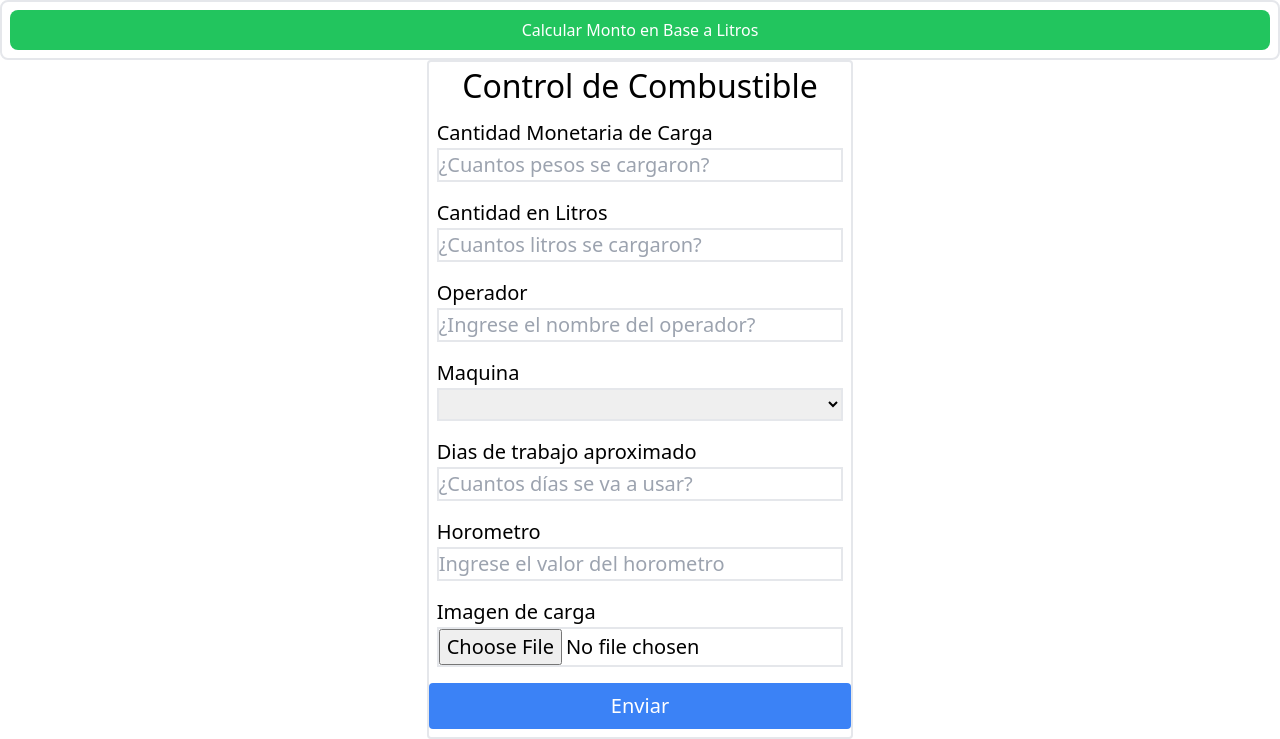
Repository: SistemaACT/Combustible
Page: /Combustible/Form
These files come from the project's save history. The page is drawn as it stood at one moment and after the next save; the edit follows.
The browser window is 1280 px wide. The pictures show the whole page.
The page's requests for data from a server got no answer. The project was rebuilt for these pictures with package versions that can differ from the ones it lists, and the page was loaded fresh each time. The framework's server and built-in components were replaced by stand-ins that run in the browser. No one was signed in, and anything a server would have sent is missing. Also part of the build but not shown: next.config.js, components/NavBar/Options/Operador.tsx, components/NavBar/Options/Admin.tsx, components/NavBar/Options/Owner.tsx, components/NavBar/Options.tsx.

Above is the page before, as saved 2023-01-20 16:19:34.

### pages/_app.tsx
import '../styles/globals.css'
import type { AppProps } from 'next/app'
import { Toaster } from 'react-hot-toast'
import { SessionProvider } from "next-auth/react"
import Navbar from '../components/NavBar/Navbar'


export default function App({ Component, pageProps:{session, ...pageProps} }: AppProps) {
  return (

  <SessionProvider session={session}>
    <Navbar></Navbar>
    <Toaster></Toaster>
    <Component {...pageProps} />
  </SessionProvider>
  )
}

### pages/Combustible/Form.tsx
import React , {FormEvent} from 'react'
import { Input, Select } from '../../components/reciclables/inputs'
import { UseInsert } from '../../DMS/Mutations';
import { ProcessImage } from '../../Utils/transform';
import toast from "react-hot-toast"
import {useSession} from "next-auth/react"
import Router from "next/router"
import GasCalculator from '../../components/Calculos/GasCalculator';

export default function Form() {


  const {data:session} = useSession({
    required: true,
    onUnauthenticated() {
      // The user is not authenticated, handle it here.
      Router.replace("/api/auth/signin")
    },
  })

    async function handleSubmit(event:FormEvent<HTMLFormElement>) {
      event.preventDefault();
      const toastId = toast.loading('Cargando...');
      const formData = new FormData(event.currentTarget);
      const values = Object.fromEntries(formData);
      values.user = session!.user!.email as string
      const file = await ProcessImage(values.file as File)
      delete values.file
      const res = await UseInsert("Control del Combustible", "Control", Object.values(values),file)

      console.log(res)

      toast.success("Datos enviados correctamente", {
        id:toastId
      })
    }

    return (
      <>
      <GasCalculator></GasCalculator>
    <form onSubmit={handleSubmit} className='flex justify-center'>
        <div className='w-full lg:w-1/3 rounded border-2 flex flex-col items-center'>
            <h1 className='text-[2em]'>Control de Combustible</h1>
                <Input id="Pesos" placeholder='¿Cuantos pesos se cargaron?' label='Cantidad Monetaria de Carga' type='number' step={0.01} min={0}></Input>
                <Input id="Litros" placeholder='¿Cuantos litros se cargaron?' label='Cantidad en Litros' type='number' step={0.01} min={0}></Input>
                <Input id="Operador" placeholder='¿Ingrese el nombre del operador?' label='Operador' type='text'></Input>
                <Select id="Maquina" label="Maquina">
                    <option value=""></option>
                    <option value="John Deere 310k">John Deere 310k</option>
                    <option value="Case 580N">Case 580N</option>
                    <option value="Case 770">Case 770</option>
                    <option value="Titan">Titan</option>
                    <option value="Grua">Grua</option>
                    <option value="Motoconformadora">Motoconformadora</option>
                    <option value="Hilux JGBG">Hilux JGBG</option>
                    <option value="Hilux WU2745A">Hilux WU-2745-A</option>
                    <option value="Hilux WU2746A">Hilux WU-2746-A</option>
                    <option value="Pipa">Pipa</option>
                    <option value="Vibro Compactador">Vibro Compactador</option>
                    <option value="Ford 350">Ford 350</option>
                    <option value="Maquina de Soldar 01">Maquina de Soldar 01</option>
                    <option value="Maquina de Soldar 02">Maquina de Soldar 02</option>
                    <option value="Maquina de Soldar 03">Maquina de Soldar 03</option>
                    <option value="Maquina de Soldar 04">Maquina de Soldar 04</option>
                    <option value="Maquina de Soldar 05">Maquina de Soldar 05</option>
                    <option value="Compresor">Compresor</option>
                    <option value="Revolvedora">Revolvedora</option>
                    <option value="Karcher">Karcher</option>
                    <option value="Generador">Generador</option>
                    <option value="Bomba de Achique">Bomba de Achique</option>
                    <option value="Bomba Traga Lodos">Bomba Traga Lodos</option>
                    <option value="Camion de Volteo">Camion de Volteo</option>
                    <option value="Cortadora de Concreto">Cortadora de Concreto</option>
                    <option value="Bailarina">Bailarina</option>
                    <option value="PR-8">PR-8</option>
                    <option value="Desbrozadora">Desbrozadora</option>
                </Select>
                <Input id="Días" placeholder='¿Cuantos días se va a usar?' label='Dias de trabajo aproximado' type='number'></Input>
                <Input id="horometro" placeholder='Ingrese el valor del horometro' label='Horometro' type='number' step={0.01} min={0}></Input>
                <Input id="file" placeholder='Ingrese la imagen' accept=".jpg, .png" label='Imagen de carga' type='file'></Input>

                <button className=' rounded bg-blue-500 text-white w-full text-[1.25em] rounder p-2 my-2' type='submit'>Enviar</button>
        </div>

    </form>
    </>
  )
}

### components/NavBar/Navbar.tsx
import React from 'react'
import Options from './Options'
import {BsMenuButtonWideFill} from "react-icons/bs"
import {useSession} from "next-auth/react"

export default function Navbar() {
    const [open, setOpen] = React.useState(false)
    const {data:session} = useSession()
    return (
    <div>
        {session && <>
            <div className='bg-blue-500'>
                <BsMenuButtonWideFill onClick={()=>setOpen(!open)} className="text-[2em] text-white p-2 w-20 h-14 mb-2"></BsMenuButtonWideFill>
            </div>
                {open &&
                <div className='absolute z-10 border-2 rounded-lg bg-white w-full' onClick={()=>setOpen(!open)}>
                    <Options></Options>
                </div>
                }
            </>
        }

    </div>
  )
}

### components/reciclables/inputs.tsx
import React, {ChangeEvent, ReactNode} from 'react'

type Props={
    id: string
    placeholder: string
    label: string
    type: string
    accept?: string
    step?:number
    min?:number
    max?:number
}

type Select = {
    children: ReactNode
    id: string
    label:string
    onChange?: (e:React.ChangeEvent<HTMLSelectElement>)=>void
}

export function Input({id, placeholder, label, type, accept, step, min, max}:Props) {
  return (
    <div className='w-full flex-col flex p-2 text-[1.25em]'>
        <label>{label}</label>
        <input required className='border-2' id={id} name={id} placeholder={placeholder} type={type} accept={accept} step={step} min={min} max={max}></input>
    </div>
  )
}

export function Select({id, children, label, onChange}:Select){
    return(
        <div className='w-full flex-col flex p-2 text-[1.25em]'>
            <label>{label}</label>
            <select required className='border-2' id={id} name={id} onChange={onChange}>{children}</select>
        </div>
    )
}

### DMS/Mutations.ts
import { API_KEY, API_URL } from "./envVars";

type Params = {
        primaryKey?: number | string;
        dataBase?: string;
        table?: string;
        data?: Data;
        col?: number;
        headers?: string[];
        header?: string;
        image?:any;
        functionName?:string

}

type Data = string | Date | number | object | string[] | number[] | Date[] | object[]



export async function Mutation(API:string, command:string,dataParams:Params){

    let res

    try{
       res =  await fetch(API,{
            mode: "no-cors",
            method: 'POST', // *GET, POST, PUT, DELETE, etc.
            body: JSON.stringify({...dataParams, command:command, APIKey: API_KEY}) // body data type must match "Content-Type" header
        })

    }catch(error){
        throw(error)
    }

    return res

}

export async function UseInsert(Database: string, Table:string, Data: Data, image?:any){

    let res

    try{
        res = await Mutation(API_URL, "insert", {dataBase:Database, table:Table, data:Data, image:image})
    }catch(error){
        throw(error)
    }

    return res

}

export async function useUpdateValue(Database: string, Table:string, PrimaryKey: string | number, header:string , Data: Data, image?:File){

    let res

    try{
        res = Mutation(API_URL, "updateValue", {dataBase:Database, table:Table, data:Data, primaryKey:PrimaryKey, header: header, image:image})
    }catch(error){
        throw(error)
    }

    return res

}

export async function useUpdateRow(Database: string, Table:string, PrimaryKey: string | number ,Data: Data, image:File){

    let res

    try{
        res = Mutation(API_URL, "updateRow", {dataBase:Database, table:Table, primaryKey:PrimaryKey ,data:Data, image:image})
    }catch(error){
        throw(error)
    }

    return res

}

export async function useDropRow(Database: string, Table:string, PrimaryKey: string | number){

    let res

    try{
        res = Mutation(API_URL, "dropRow", {dataBase:Database, table:Table, primaryKey:PrimaryKey})
    }catch(error){
        throw(error)
    }

    return res

}

export async function useCreateTable(Database: string, Table:string, headers: string[]){

    let res

    try{
        res = Mutation(API_URL, "createTable", {dataBase:Database, table:Table, headers:headers})
    }catch(error){
        throw(error)
    }

    return res

}


export async function useDropTable(Database: string, Table:string){

    let res

    try{
        res = Mutation(API_URL, "dropTable", {dataBase:Database, table:Table})
    }catch(error){
        throw(error)
    }

    return res

}

export async function useRunScript(functionName:string, data:object){

    let res

    try{
        res = await Mutation(API_URL, "costumFunction",{functionName:functionName, data:data})
    }catch(error){
        throw(error)
    }

    return await res.json()

}

export async function useCreateDatabase(DataBase:string){

    let res

    try{
        res = Mutation(API_URL, "createDatabase", {dataBase:DataBase})
    }catch(error){
        throw(error)
    }

    return res

}

export async function useDropDatabase(DataBase:string){

    let res

    try{
        res = Mutation(API_URL, "dropDatabase", {dataBase:DataBase})
    }catch(error){
        throw(error)
    }

    return res

}

### Utils/transform.ts
import { useState } from "react";

export function ProcessImage(file:File): Promise<{filename: string; mimeType: string; bytes: number[]}> {

    return new Promise((resolve, reject) => {
        const fr = new FileReader();
        let obj: {filename: string; mimeType: string; bytes: number[]};

        // Define the type of the e parameter and use a type assertion
        fr.onload = function(e: ProgressEvent<FileReader>) {
          obj = {
            filename: file.name,
            mimeType: file.type,
            bytes: Array.from(new Int8Array((e.target as {result: ArrayBuffer}).result))
          };

          // Resolve the Promise with the obj variable
          resolve(obj);
        };
        fr.onerror = function(e: ProgressEvent<FileReader>) {
          // Reject the Promise with the error
          reject(e);
        };
        fr.readAsArrayBuffer(file);
      });
}

### components/Calculos/GasCalculator.tsx
import React from 'react'
import { FormEvent } from 'react';
import { Input } from '../reciclables/inputs';



export default function GasCalculator() {
    const [calculadora, setCalculadora] = React.useState(false)
    const [text, setTexto] = React.useState("Calcular Monto en Base a Litros")
    const [answer, setAnswer] = React.useState<undefined|number>(undefined)
    const [color, setColor] = React.useState("bg-green-500")

    async function handleSubmit(event:FormEvent<HTMLFormElement>) {
        event.preventDefault();
        const formData = new FormData(event.currentTarget);
        let values = Object.fromEntries(formData);

        setAnswer(parseFloat(values.MontoPorLitro as string) *parseFloat(values.Litros as string))
      }

  return (
    <form className='w-full p-2 border-2 rounded-lg' onSubmit={handleSubmit}>
        <button type='button' onClick={()=>{if(!calculadora){setTexto("Cerrar");setColor("bg-red-500")}else{setTexto("Calcular Monto en Base a Litros");setAnswer(undefined);setColor("bg-green-500")};setCalculadora(!calculadora);}} className={`${color}  p-2 text-white rounded-lg w-full`}>{text}</button>
        {calculadora &&
        <div className=''>
            <Input id="MontoPorLitro" label="Precio del Litro" placeholder='Ingrese el precio por litro' type="number" step={0.01} min={0}></Input>
            <Input id="Litros" label="Cantidad de Litros" placeholder='Ingrese la cantidad de litros' type="number" step={0.01} min={0}></Input>
            <button type='submit' className='bg-green-500 p-2 text-white rounded-lg w-full'>Calcular</button>
        </div>
        }
        {answer && <div className='w-full text-[1.25em] text-center m-2'>Tu Monto total es de ${answer}</div>}
    </form>
    )
}

### DMS/envVars.ts
export const API_URL = process.env.DMS_URL!
export const API_KEY = process.env.DMS_API_KEY!

Loaded but not shown: pages/_document.tsx (common file); styles/globals.css (common file); tailwind.config.js (common file)

After the next save:
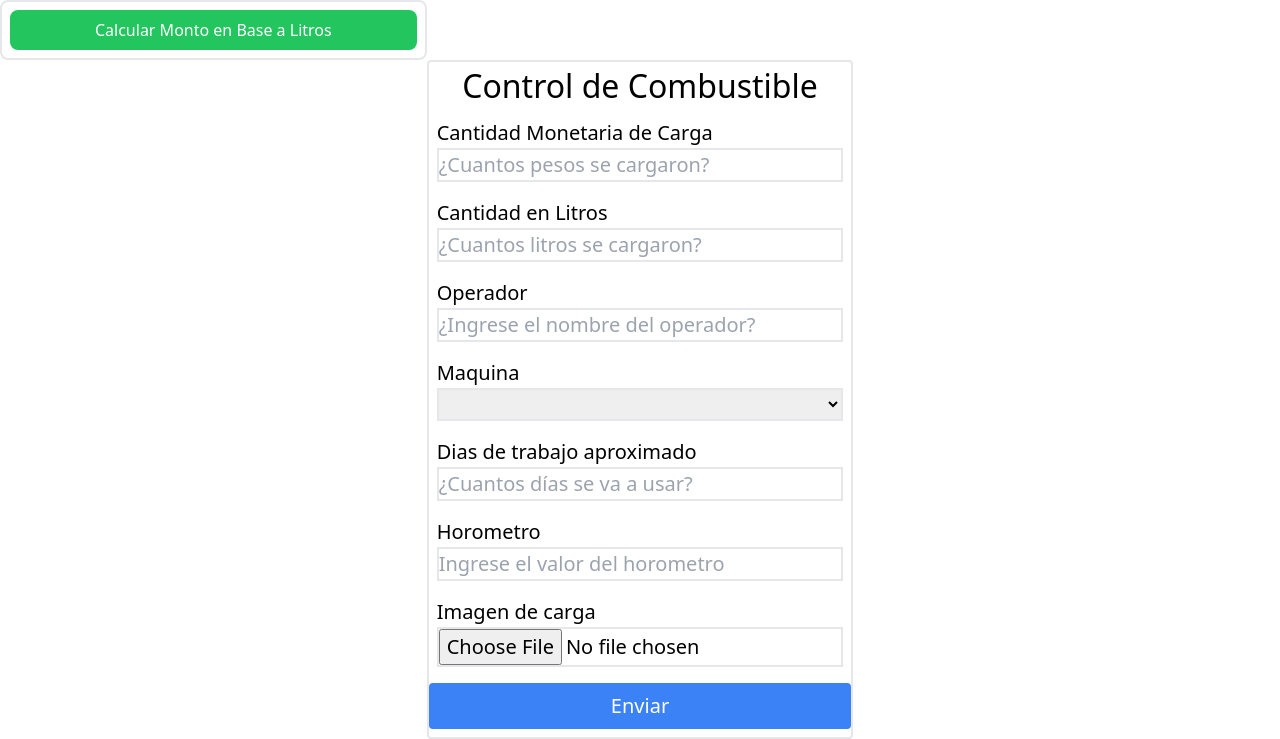
Saved 19 s later.
--- a/components/Calculos/GasCalculator.tsx
+++ b/components/Calculos/GasCalculator.tsx
@@ -19,7 +19,7 @@ export default function GasCalculator() {
       }
 
   return (
-    <form className='w-full p-2 border-2 rounded-lg' onSubmit={handleSubmit}>
+    <form className='w-full lg:w-1/3 p-2 border-2 rounded-lg' onSubmit={handleSubmit}>
         <button type='button' onClick={()=>{if(!calculadora){setTexto("Cerrar");setColor("bg-red-500")}else{setTexto("Calcular Monto en Base a Litros");setAnswer(undefined);setColor("bg-green-500")};setCalculadora(!calculadora);}} className={`${color}  p-2 text-white rounded-lg w-full`}>{text}</button>
         {calculadora &&
         <div className=''>
